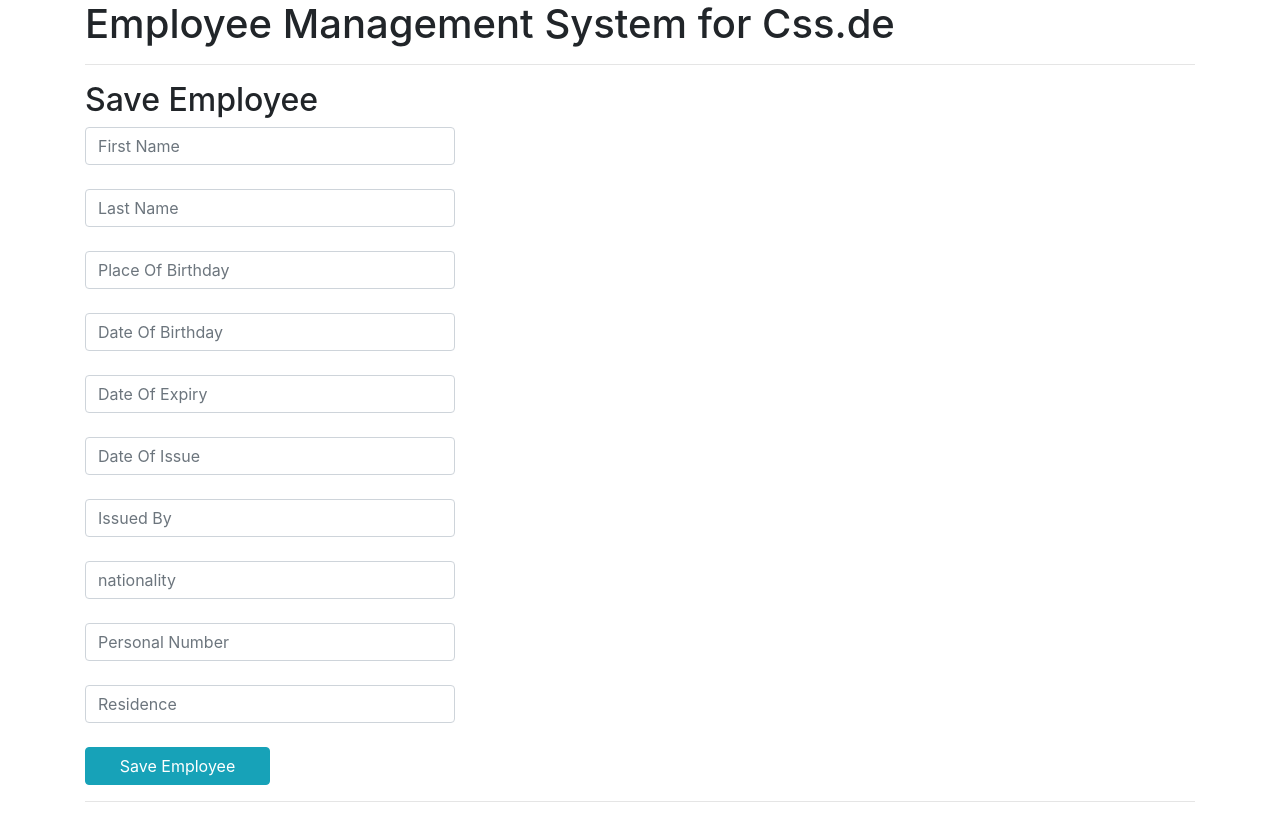
Repository: Len2/Topic4
Page: src/main/resources/templates/newIdCard.html
An editor plug-in stored every save of this project. The page is shown before and after a run of saves, followed by the edit.
The browser window is 1280 px wide. The pictures show the whole page.

Above is the page before, as saved 2020-09-06 17:53:11.

### src/main/resources/templates/newIdCard.html
<!DOCTYPE html>
<html lang="en" xmlns:th="http://www.thymeleaf.org">
<head>
<meta charset="ISO-8859-1">
<title>Employee Management System for Css.de</title>
<link rel="stylesheet"
	href="https://stackpath.bootstrapcdn.com/bootstrap/4.1.3/css/bootstrap.min.css"
	integrity="sha384-MCw98/SFnGE8fJT3GXwEOngsV7Zt27NXFoaoApmYm81iuXoPkFOJwJ8ERdknLPMO"
	crossorigin="anonymous">
</head>
<body>
	<div class="container">
		<h1>Employee Management System for Css.de</h1>
		<hr>
		<h2>Save Employee</h2>

		<form action="#" th:action="@{/saveIdCard}" th:object="${identity_card}"
            method="POST">

            <!-- <input type="text" th:field="*{id}" /> -->
			<input type="text" th:field="*{firstName}"
            placeholder="First Name" class="form-control mb-4 col-4">

            <input type="text" th:field="*{lastName}"
            placeholder="Last Name" class="form-control mb-4 col-4">

            <input type="text" th:field="*{placeOfBirthday}"
            placeholder="Place Of Birthday" class="form-control mb-4 col-4">

            <input type="datetime" th:field="*{dateOfBirthday}"
            placeholder="Date Of Birthday" class="form-control mb-4 col-4">

            <input type="datetime" th:field="*{dateOfExpiry}"
            placeholder="Date Of Expiry" class="form-control mb-4 col-4">

            <input type="datetime" th:field="*{dateOfIssue}"
            placeholder="Date Of Issue" class="form-control mb-4 col-4">

            <input type="text" th:field="*{issuedBy}"
            placeholder="Issued By" class="form-control mb-4 col-4">

            <input type="text" th:field="*{nationality}"
            placeholder="nationality" class="form-control mb-4 col-4">

            <input type="number" th:field="*{personalNumber}"
            placeholder="Personal Number" class="form-control mb-4 col-4">

            <input type="text" th:field="*{residence}"
            placeholder="Residence" class="form-control mb-4 col-4">

				<button type="submit" class="btn btn-info col-2"> Save Employee</button>
		</form>

		<hr>

		<!-- <a th:href = "@{/}"> Back to Employee List</a> -->
	</div>
</body>
</html>

After the next 2 saves:
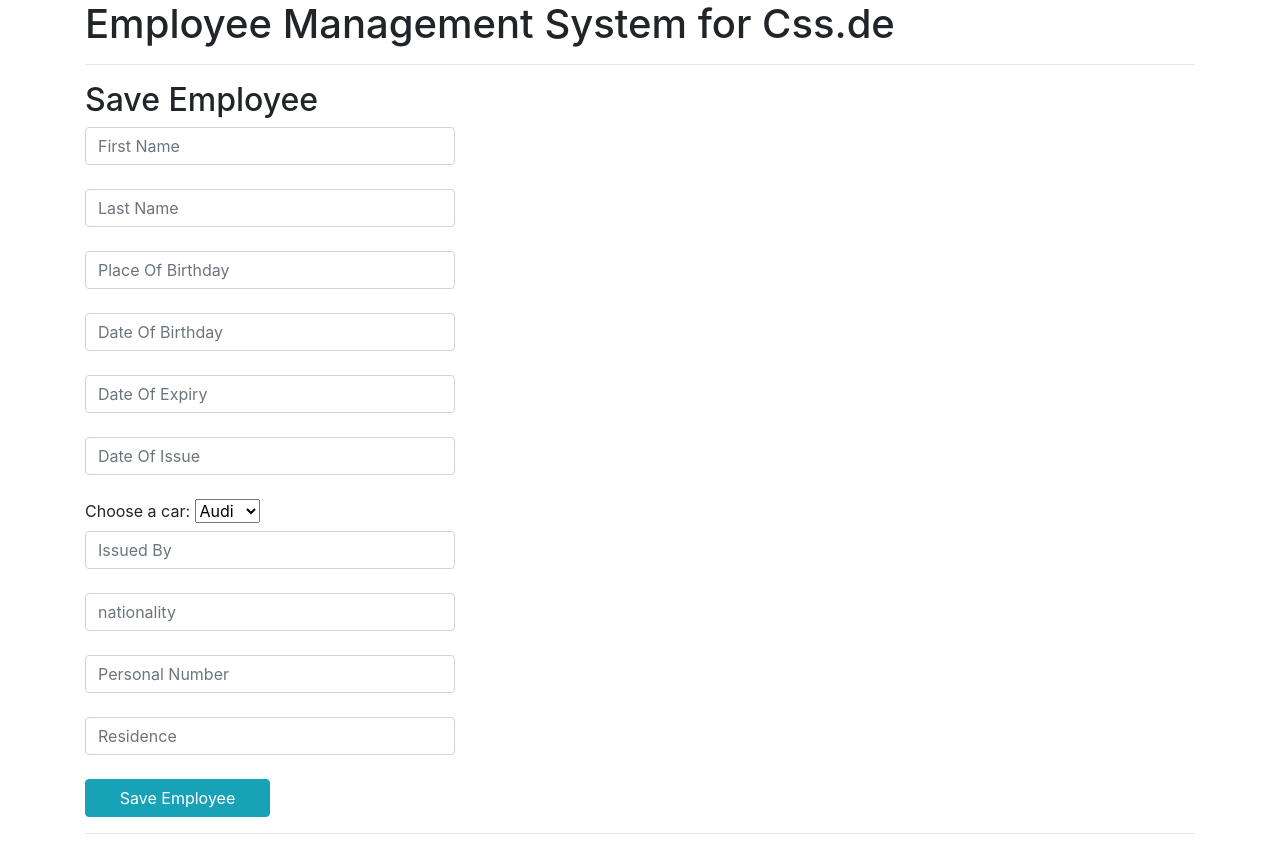
The 2 saves are shown as one change because they came seconds apart.
The last was saved 62 s later.
--- a/src/main/resources/templates/newIdCard.html
+++ b/src/main/resources/templates/newIdCard.html
@@ -36,6 +36,14 @@
             <input type="datetime" th:field="*{dateOfIssue}"
             placeholder="Date Of Issue" class="form-control mb-4 col-4">
 
+            <label for="cars">Choose a car:</label>
+
+<select id="cars">
+  <option value="volvo">Volvo</option>
+  <option value="saab">Saab</option>
+  <option value="vw">VW</option>
+  <option value="audi" selected>Audi</option>
+</select>
             <input type="text" th:field="*{issuedBy}"
             placeholder="Issued By" class="form-control mb-4 col-4">
 
